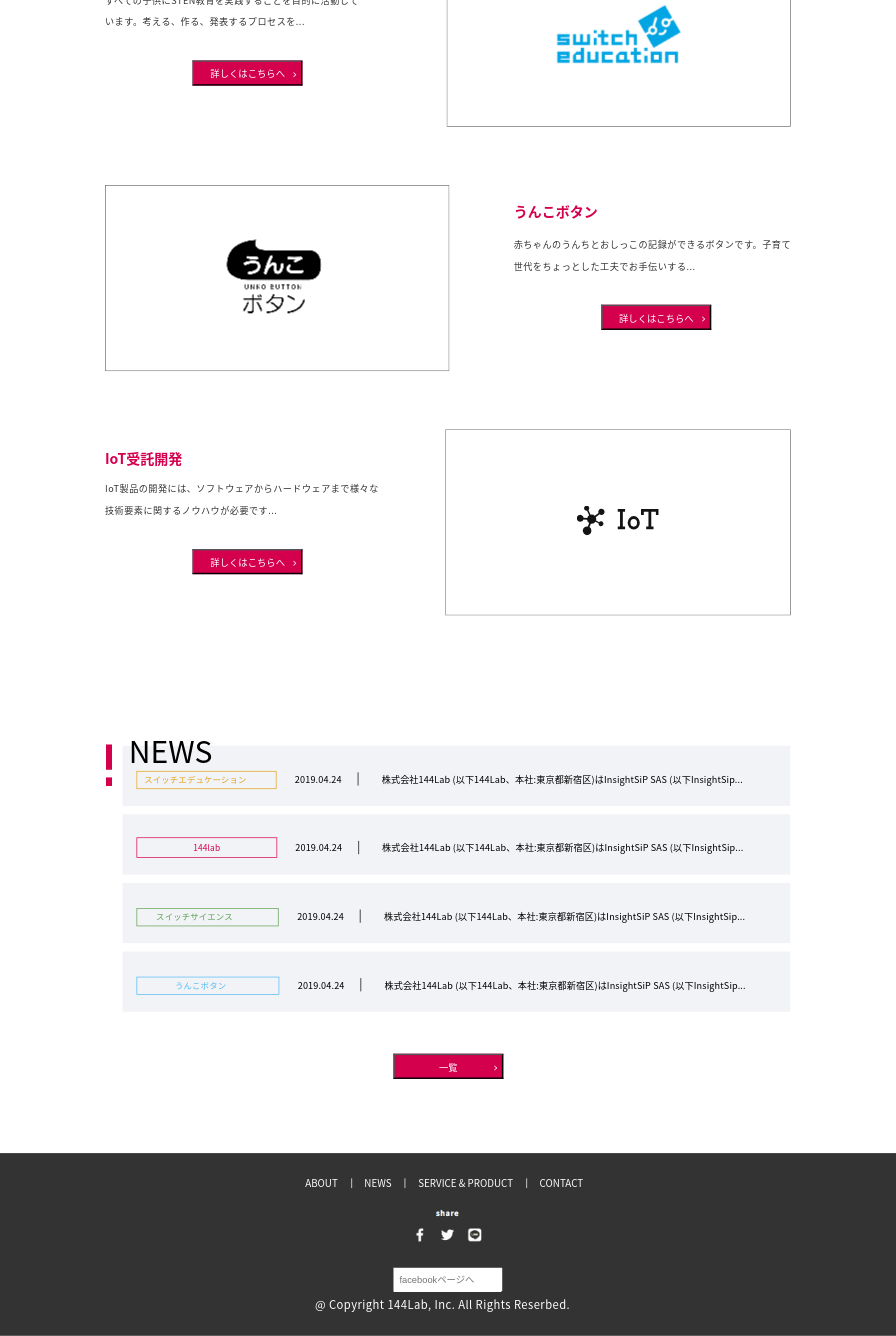
Repository: ppmp556/light-up-git
Page: index.html
These files come from the project's save history. The page is drawn as it stood at one moment and after the next save; the edit follows.
The browser window is 1280 px wide. The pictures show the part of the page from y = 2046 to 3966 px (the page is 3954 px tall before and 3966 px after), at 70% of full size.

Above is the page before, as saved 2019-12-27 21:18:49.

### index.html
<!DOCTYPE html>
<html lang="ja">
    <head>
        <meta charset="UTF-8">
        <meta name="viewport" content="width=device-width, initial-scale=1.0">
        <link rel="stylesheet" href="main.css/main.css"  type="text/css">
        <link rel="img" href="images.svg/">
        <title>模写</title>
    </head>
    <body>
        <header class="header">
                <img class="greenbox" src="images.svg/グループ 127.svg">
                <img class="small-redbox" src="images.svg/グループ 152.svg">
                <img class="redboxs" src="images.svg/グループ 148.svg">
                <img class="small-yellowbox" src="images.svg/グループ 149.svg">
                <img class="gray-boxs" src="images.svg/グループ 150.svg">
                <img class="middle-redbox" src="images.svg/グループ 151.svg">
                <img class="big-redbox" src="images.svg/グループ 153.svg">
                <img class="graybox" src="images.svg/グループ 147.svg">
                <h1><img class="nav-logo" src="images.svg/yEVqXX.svg" alt="144lab"></h1>
                <nav class="global-nav">


                        <ul class="nav-itembox">
                            <li><a href="#">ABOUT<br><span class="small">企業情報</span></a></li>
                            <li><a href="#">NEWS<br><span class="small">ニュース</span></a></li>
                            <li><a href="#">SERVICE & PRODUCT<br><span class="small">サービス&製品情報</span></a></li>
                            <li><a href="#">CONTACT<br><span class="small">お問い合わせ</span></a></li>
                        </ul>
                </nav>

                    <h1 class="site-title"><a href="#">Light Up  <br>Your <br>Science </a></h1>
                    <p class="site-title-sub">- 科学をともそう -<br>
                                                <span class="small2">イチヨンヨンラボ</span></p>

        </header>
        <main>
             <section class="about">
              <div class="about-container">
                <img class="exclamation" src="images.svg/グループ 145.svg">
                <h2 class="about-title">ABOUT</h2>
                <div class="about-box">
                                    <p class="about-text">私たちの社会は、10年前、100年前、あるいは1000年前よりも確実に進化しています。科学こそが社会を進化させ、幸せを
                                        つくり出したのだと信じています。科学は与えられるものではなく、私たち自身が開拓し、進化させていくものです。144Labは、
                                        科学に触れ、さらなる開拓と進化に参加する人々を、ちょっとだけお手伝いします。
                                    </p>
                 </div>
                 <button class="redbutton">企業情報</button>
               </div>
            </section>

            <section class="product">
                    <img class="exclamation-product" src="images.svg/グループ 145.svg">
                    <h2 class="product-title">SERVICE & PRODUCT</h2>
                    <ul class="product-wrapper">
                                <li class="product-box">
                                    <img class="product-image-switch" src="images.svg/logo-switch_science.svg">

                                    <div class="text-button">
                                    <h3 class="product-red">株式会社スイッチサイエンス</h3>
                                        <p class="product-text">
                                            最先端のテクノロジーを、より多くの人々が道具として当たり<br>
                                            前に使える世界を目指して活動しています...
                                        </p>
                                        <button class="redbutton2">詳しくはこちらへ</button>
                                    </div>
                            </li>
                                <li class="product-box">
                                    <img class="product-image-education" src="images.svg/logo-switch_education.svg">
                                    <div class="text-button">
                                        <h3 class="product-red2">株式会社スイッチエデュケーション</h3>
                                        <p class="product-text">
                                            すべての子供にSTEN教育を実践することを目的に活動して<br>
                                            います。考える、作る、発表するプロセスを...
                                        </p>
                                        <button class="redbutton2">詳しくはこちらへ</button>
                                    </div>
                                </li>
                                <li class="product-box">
                                    <img class="product-image-fit" src="images.svg/main_3648.fit-scale.svg">
                                    <div class="text-button">
                                        <h3 class="product-red">うんこボタン</h3>
                                            <p class="product-text">
                                                赤ちゃんのうんちとおしっこの記録ができるボタンです。子育て<br>
                                                世代をちょっとした工夫でお手伝いする...
                                            </p>
                                            <button class="redbutton2">詳しくはこちらへ</button>
                                    </div>
                                </li>

                                <li class="product-box">
                                    <img class="product-image-iot" src="images.svg/グループ 183.svg">
                                    <div class="text-button">
                                        <h3 class="product-red2">IoT受託開発</h3>
                                        <p class="product-text">
                                            IoT製品の開発には、ソフトウェアからハードウェアまで様々な<br>
                                            技術要素に関するノウハウが必要です...

                                        </p>
                                        <button class="redbutton2">詳しくはこちらへ</button>
                                　　　</div>
                                </li>
                    </ul>
        </section>
        <section class="news">
             <div class="news-container">

                <img class="exclamation" src="images.svg/グループ 145.svg">
                <h2 class="news-title">NEWS</h2>
                 <ul class="list">
                     <article>
                    <li class="list-item">
                        <div class="list-wrap">
                            <span class="category-education">スイッチエデュケーション</span>
                            <time class="date">2019.04.24</time>
                            <span class="category-news">株式会社144Lab (以下144Lab、本社:東京都新宿区)はInsightSiP SAS (以下InsightSip...</span>
                        </div>
                    </li>
                     </article>
                     <article>
                    <li class="list-item">
                        <div class="list-wrap">
                            <span class="category-lab">144lab</span>
                            <time class="date">2019.04.24</time>
                            <span class="category-news">株式会社144Lab (以下144Lab、本社:東京都新宿区)はInsightSiP SAS (以下InsightSip...</span>
                        </div>
                    </li>
                    </article>
                    <article>
                    <li class="list-item">
                        <div class="list-wrap">
                            <span class="category-sience">スイッチサイエンス</span>
                            <time class="date">2019.04.24</time>
                            <span class="category-news">株式会社144Lab (以下144Lab、本社:東京都新宿区)はInsightSiP SAS (以下InsightSip...</span>
                        </div>
                    </li>
                    </article>
                    <article>
                    <li class="list-item">
                        <div class="list-wrap">
                            <span class="category-fit">うんこボタン</span>
                            <time class="date">2019.04.24</time>
                            <span class="category-news">株式会社144Lab (以下144Lab、本社:東京都新宿区)はInsightSiP SAS (以下InsightSip...</span>
                        </div>
                    </li>
                    </article>
                </ul>
                <button class="redbutton3">一覧</button>
             </div>

        </section>
        </main>
        <footer class="footer">
            <nav>
                <ul class="footer-itembox">
                    <li>ABOUT</li>
                    <li>NEWS</li>
                    <li>SERVICE & PRODUCT</li>
                    <li>CONTACT</li>
                </ul>
            </nav>
              <div class="share-search">
                <img class="share-logo" src="images/logo-kamome_engineering.png">
                <img class="share-logo" src="images.svg/logo-kamome_engineering.svg">
                <input class="search-input" type="text" name="search" placeholder="  facebookページへ">
                <p class="copyright">@ Copyright 144Lab, Inc. All Rights Reserbed.</p>
            </div>
            </footer>
    </body>
</html>

### main.css/main.css
/*CSS共通*/
@charset "UTF-8";



html, body, div, span, applet, object, iframe,
h1, h2, h3, h4, h5, h6, p, blockquote, pre,
a, abbr, acronym, address, big, cite, code,
del, dfn, em, img, ins, kbd, q, s, samp,
small, strike, strong, sub, sup, tt, var,
b, u, i, center,
dl, dt, dd, ol, ul, li,
fieldset, form, label, legend,
table, caption, tbody, tfoot, thead, tr, th, td,
article, aside, canvas, details, embed,
figure, figcaption, footer, header, hgroup,
menu, nav, output, ruby, section, summary,
time, mark, audio, video,img {
	margin: 0;
	padding: 0;
	border: 0;
	font-style:normal;
	font-weight: normal;
	font-size: 100%;
	vertical-align: baseline;
}
article, aside, details, figcaption, figure,
footer, header, hgroup, menu, nav, section {
	display: block;
}
html{overflow-y: scroll;}
blockquote, q {quotes: none;}
blockquote:before, blockquote:after,q:before, q:after {content: ''; content: none;}
input, textarea {margin: 0; padding: 0;}
ol, ul{list-style:none;}
table{border-collapse: collapse; border-spacing:0;}
caption, th{text-align: left;}
a:focus {outline:none;}

body {
    color: #000000;
    background-color: #ffffff;
    font-family: "Noto Sans CJK JP";
    width: 1280px;
    margin-right: auto;
    margin-left : auto;
}

*,*::before, *::after {
    box-sizing: border-box;
}

a:link, a:visited, a:hover, a:active { /*テキストデフォルト下線外し*/
    text-decoration: none;
    color: black;
}


/*css共通ここまで*/

/*オブジェクト*/

.greenbox {
    position: absolute;
    top: -176px;
    left: 150px;
    opacity: 5;

}
.small-redbox {
    position: absolute;
    top: 255.2px;
    left: 603.2px;
}
.redboxs {
   position: absolute;
   top: 222.31px;
   left: 372.97px;

}

.small-yellowbox {
    position: absolute;
    top: 599.7px;
    left: 832.48px;
}
.gray-boxs {
    position: absolute;
    top: 124.2px;
    left: 881.85px;
}
.middle-redbox {
    position: absolute;
    top: 205.6px;
    left: 452.24px;

}
.big-redbox {
    position: absolute;
    top: 266.3px;
    left: 532.3px;
}
.graybox {
    top: 604.4px;
    left: 77.1px;
    position: absolute;
}

/*オブジェクトここまで*/

/*header*/
.header {
    position: relative;
    max-width: 1280px;
    height: 793px;
    background-color: #ffffff;
    text-align: center;
    margin: 0 150px;
}

    /*サイトタイトル*/
    .site-title {
        position: absolute;
        top: 209.5px;
        text-align: left;
        font-size: 76px;
        font-family: 'ITC Avant Garde Gothic';
        line-height: 1.14;
        letter-spacing: 0.075em;
    }
    .site-title a {
        text-decoration: none;
        color: #d4004e;
    }
    /*サイトタイトルここまで*/
    /*サイトサブタイトル*/
    .site-title-sub {
        color: #d4004e;
        position: absolute;
        font-weight: bold;
        font-size: 16px;
        line-height: 1.875;
        letter-spacing: 0.4em;

        top: 507px;
        left: 5px;
    }

    .small2 {
        font-size: 12px;
        font-weight: bold;
        letter-spacing: 0.4em;
        line-height: 2.5px;
    }
    /*サイトサブタイトルここまで*/

/*グローバルナビゲーション*/
.global-nav { /*ナビ大枠*/
    position: relative;
    top: 59px;
    width: 974.5px;
    height: 77px;
    background-color: #ffffff;
    margin: 20px;
    box-shadow: 4px 4px 1px rgba(0, 0, 0, 0.16);
    box-sizing: border-box;
}


.nav-logo { /*ナビのロゴ*/
    width: 168px;
    height: 34px;
    position: absolute;
    margin: 0;
    top: 80px;
    left: 37px;

}

.nav-itembox { /*ナビメニュー*/
    position: absolute;
    display: flex;
    width: 607px;
    height: 35px;
    top: 21px;
    left:  321px;
    padding: 0;
    margin: 0;
}

.nav-itembox li { /*ナビテキスト*/
    list-style: none;
    text-align: center;
    font-size: 14px;
    font-weight: normal;
    line-height: 1.5;
    flex-grow: 1; /*flexの余白分配比率指定*/
}

.nav-itembox  li + li:before { /*ナビの短い縦線,隣接セレクタ,疑似要素*/

    border-left: 1px solid #000000;
    position: absolute;
    display: block;
    content: "";
    top: 50%; /*縦方向に50%*/
    height: 14px;
    margin-top: -7px;

}

.small {
    font-size: 10px;


}


/*グローバルナビゲーションここまで*/

/*アバウトここから*/
.exclamation {
    position: relative;
    top: 119.6px;
    width: 9px;
    height: 60.41px;
}

.about {
    width: 1280px;
    height: 558px;
    position: relative;
    margin-bottom: 118.6px;


}

.about-container {
    top: 107.1px;
    right: 151px;
    width: 977.95px;
    height: 332.28px;
    position: absolute;
}

.about-box {
    position: relative;
    left: 24px;
    width: 953.95px;
    height: 282.5px;
    padding: 66px 55px 62.5px 66px;
    background-color: #f2f3f7;
    z-index: -1;

}

.about-title {
    position: relative;
    font-size: 43px;
    line-height: 1.3;
    width: 137px;
    height: 57px;
    top: 36px;
    margin-left: 23.9px;
}

/*
.about-title::before {
    width: 9px;
    height: 60.41px;
    content: "! ";
    color: #D4004E;
    position: absolute;
    left: -23.9px;

}
*/
.about-text {
    text-align: left;
    background-color: #f2f3f7;
    font-size: 17px;
    letter-spacing: 0.02em;
    line-height: 2.35;
    width: 833px;
    height: 154px;
}

button {
    background-color: #D4004E;
    color: #ffffff;
    font-family: "Noto Sans CJK JP";
}

.redbutton { /*赤ボタン大枠*/
    position: relative;
    font-size: 13px bold;

    justify-content: center;
    align-items: center;

    line-height: 1.3;
    left: 410.82px;
    width: 157.12px;
    height: 35.8px;
    display: inline-block;

    top: -17.9px;

}
.redbutton::before { /*疑似要素*/
    content: '';
    width: 5.31px;
    height: 5.31px;
    border-top: solid 1px #ffffff;
    border-right: solid 1px #ffffff;
    transform: rotate(45deg);/*rotateで要素回転指定,角度deg: 45°*/
    position: absolute;
    top: 50%;
    left: 139.9px;
}

/*アバウトここまで*/

/*プロダクトここから*/

.exclamation-product {
    position: relative;
    top: 83.8px;
    width: 9px;
    height: 60.41px;

}

.product { /*プロダクト大枠*/
    position: relative;
    width: 980px;
    height: 1426.28px;
    left: 150px;
    bottom: 50px;

}


.product-title { /*プロダクトタイトル*/
    position: relative;
    font-size: 43px;
    line-height: 1.3;

    left: 32.95px;

}

/*
.product-title::before {
    width: 9px;
    height: 60.41px;
    content: "! ";
    color: #D4004E;
    position: absolute;
    left: -23.9px;

}
*/

.product-wrapper {
    list-style: none;
    margin-top: 60px;

}

.product-box {
    display: flex;
    justify-content: space-between;

}


li.product-box:nth-child(even) {
    flex-direction: row-reverse;
}
/*スイッチサイエンス*/
.product-image-switch {
    border: 1px solid #707070;
    background-color: #ffffff;
    padding: 74px 106px 75.6px 117px;
    margin-bottom: 74px;
    z-index: 2;
}


/*スイッチエデュケーション*/
.product-image-education {
    border: 1px solid #707070;
    background-color: #ffffff;
    margin-bottom: 83px;
    padding: 72px 105px;
    z-index: 2;
}
/*うんこボタン*/
.product-image-fit {
    border: 1px solid #707070;
    background-color: #ffffff;
    margin-bottom: 83px;
    padding: 74px 106px 75.6px 117px;
}
/*IoT受託開発*/
.product-image-iot {
    border: 1px solid #707070;
    background-color: #ffffff;
    padding: 108.1px 188.4px 114.1px 187.3px;

}

/*プロダクト会社名*/
.product-red {
    position: relative;
    color: #D4004E;
    font-size: 20px;
    font-weight: bold;
    flex-direction: column;
    top: 23px;


}
.product-red2 {
    position: relative;
    color: #D4004E;
    font-size: 20px;
    font-weight: bold;
    flex-direction: column;
    top: 26px;


}


.product-text {
    color: #333333;
    font-size: 13px;
    letter-spacing: 0.055em;
    line-height: 2.38;
    margin-top: 41px;
    text-align: left;
}


.redbutton2 { /*product用赤ボタン大枠*/
    position: relative;
    font-size: 13px bold;
    display: inline-block;
    align-items: center;

    line-height: 1.3;
    left: 125.3px;
    width: 157.12px;
    height: 35.8px;

    top: 39.6px;
    margin-top: auto;

}

.redbutton2::before { /*疑似要素*/
    content: '';
    width: 5.31px;
    height: 5.31px;
    border-top: solid 1px #ffffff;
    border-right: solid 1px #ffffff;
    transform: rotate(45deg);/*rotateで要素回転指定,角度deg: 45°*/
    position: absolute;
    top: 50%;
    left: 139.9px;
}


/*プロダクトここまで*/
/*newsここから*/
.news { /*news大枠*/
    position: relative;
    width: 978px;
    height: 499.28px;
    left: 151px;
    top: 73.6px;
    margin-bottom: 181px;

}

.news-title { /*newsタイトル*/
    position: relative;
    font-size: 43px;
    line-height: 1.3;
    top: 35px;
    left: 32.95px;
}

/*
.news-title::before {
    width: 9px;
    height: 60.41px;
    content: "! ";
    color: #D4004E;
    position: absolute;
    left: -23.9px;

}
*/

.list{ /*履歴大枠*/
    border: #707070;
    list-style: none;
    position: relative;
    left: 24px;
    z-index: -1;

}



.list-item {
    height: 86px;
    width: 954px;
    margin-bottom: 12px;
    background: #f2f3f7;
    display: flex;

}


.list-wrap {
    position: relative;
    top: 33px;
    left: 20px;
    font-size: 13px;
    letter-spacing: 0.015em;
    line-height: 2.38;
    flex-grow: 1;
}


.date {
    padding-left: 23px;
    padding-right: 22.9px;
    border-right: 1px solid #000000;
}

.category-news {
    padding-left: 30.1px;
}


span.category-education {
    border: 1px solid #e5a31c;
    padding: 5px 42px 5px 10px;
    color: #e5a31c;
    font-size: 12px;
    font-family: "ITC Avant Garde Gothic";

}
span.category-lab {
    border: 1px solid #d4004e;
    padding: 5px 80px 5px 80px;
    color: #d4004e;
    font-size: 12px;
    font-family: "Noto Sans CJK JP";

}
span.category-sience {
    border: 1px solid #5fa153;
    padding: 5px 65px 5px 27px;
    color: #5fa153;
    font-size: 12px;
    font-family: "ITC Avant Garde Gothic";
}
span.category-fit {
    border: 1px solid #50bbf4;
    padding: 5px 75px 5px 54px;
    color: #50bbf4;
    font-size: 12px;
    font-family: "ITC Avant Garde Gothic";
}



.redbutton3 { /*news用ボタン*/
    position: relative;
    font-size: 13px bold;
    display: inline-block;
    align-items: center;

    line-height: 1.3;
    width: 157.12px;
    height: 35.8px;

    margin-top: 48.6px;
    left: 410.8px;



}

.redbutton3::before { /*疑似要素*/
    content: '';
    width: 5.31px;
    height: 5.31px;
    border-top: solid 1px #ffffff;
    border-right: solid 1px #ffffff;
    transform: rotate(45deg);/*rotateで要素回転指定,角度deg: 45°*/
    position: absolute;
    top: 50%;
    left: 139.9px;
}


/*newsここまで*/


/*footerここから*/
.footer {
    position: relative;
    width: 100%;
    height: 261px;
    background-color: #333333;
    top: 96.6px;
    bottom: 0;
}



.footer-itembox { /*フッターナビメニュー*/
    position: relative;
    display: flex;
    left:0;
    top: 32.9px;
    color: #ffffff;
    box-sizing: border-box;
    width: 435px;
    left: 417px;
}

.footer-itembox li { /*フッターナビテキスト*/
    list-style: none;
    text-align: center;
    font-size: 14px;
    font-weight: normal;
    line-height: 1.5;
    flex-grow: 1; /*flexの余白分配比率指定*/
}

.footer-itembox  li + li:before { /*フッターナビの短い縦線,隣接セレクタ,疑似要素*/

    border-left: 1px solid #ffffff;
    position: absolute;
    display: block;
    content: "";
    top: 50%; /*縦方向に50%*/
    height: 14px;
    margin-top: -7px;

}

.share-search {
    position: relative;

}
.share-logo {
    position: relative;
    top: 50.9px;
    left: 592px;
}

.search-input {
    position: relative;
    width: 157.12px;
    height: 35.8px;
    top: 102.9px;
    left: 360px;

}




.copyright { /*コピーライト*/
    font-size: 9px bold;
    color: #ffffff;
    line-height: 3.1;
    letter-spacing: 0.040em;
    position: absolute;
    top: 170.9px;
    left: 450px;



}

/*footerここまで*/

After the next save:
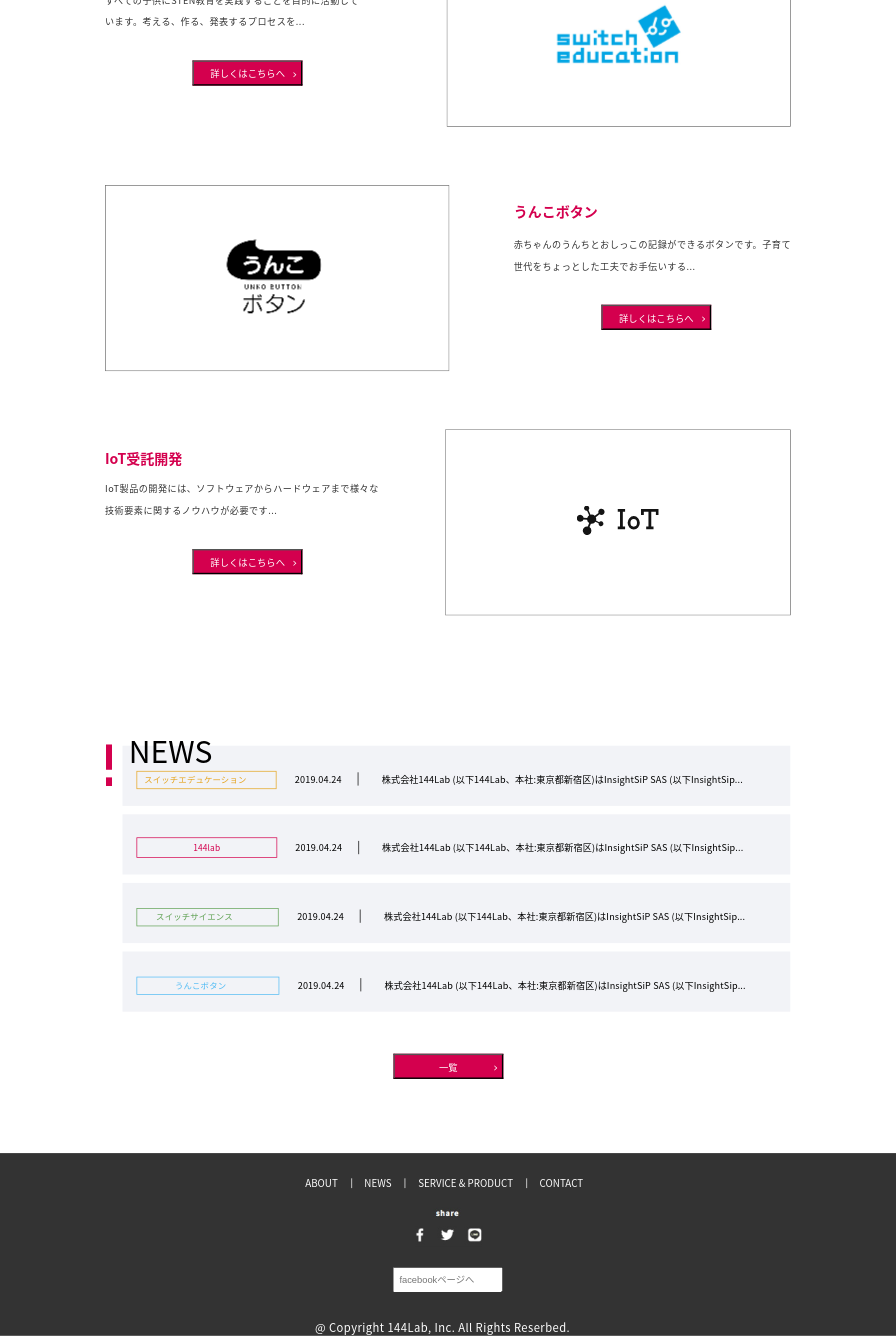
Saved 34 s later.
--- a/main.css/main.css
+++ b/main.css/main.css
@@ -688,7 +688,7 @@
     position: absolute;
     top: 170.9px;
     left: 450px;
-
+    margin-top: 32.2px;
 
 
 }
